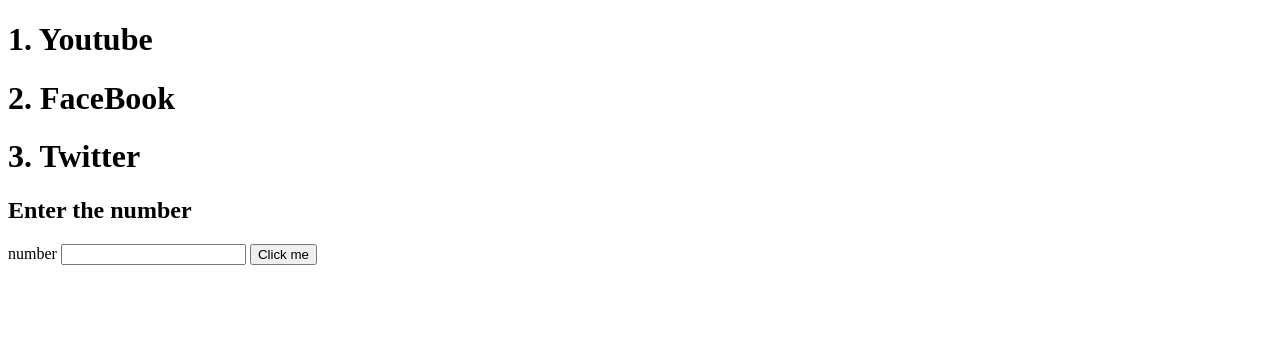
Repository: Strangeryoga/JSHS
Page: J2EE/P1/src/main/webapp/ok.html
An editor plug-in stored every save of this project. The page is shown before and after the next save, followed by the edit.
The browser window is 1280 px wide. The pictures show the whole page.

Above is the page before, as saved 2023-05-22 18:17:12.

After the next save:
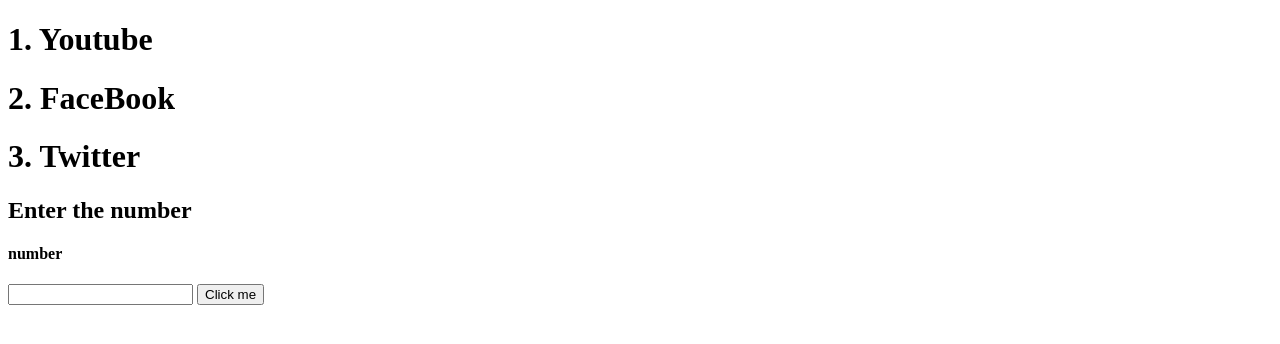
Saved 19 s later.
--- a/J2EE/P1/src/main/webapp/ok.html
+++ b/J2EE/P1/src/main/webapp/ok.html
@@ -11,7 +11,7 @@
 <h1>2. FaceBook</h1>
 <h1>3. Twitter</h1>
 <h2>Enter the number</h2>
-number  <input type="text" name="num1">
+<h4>number</h4><input type="text" name="num1">
 <button>Click me</button>
 </form>
 </body>
